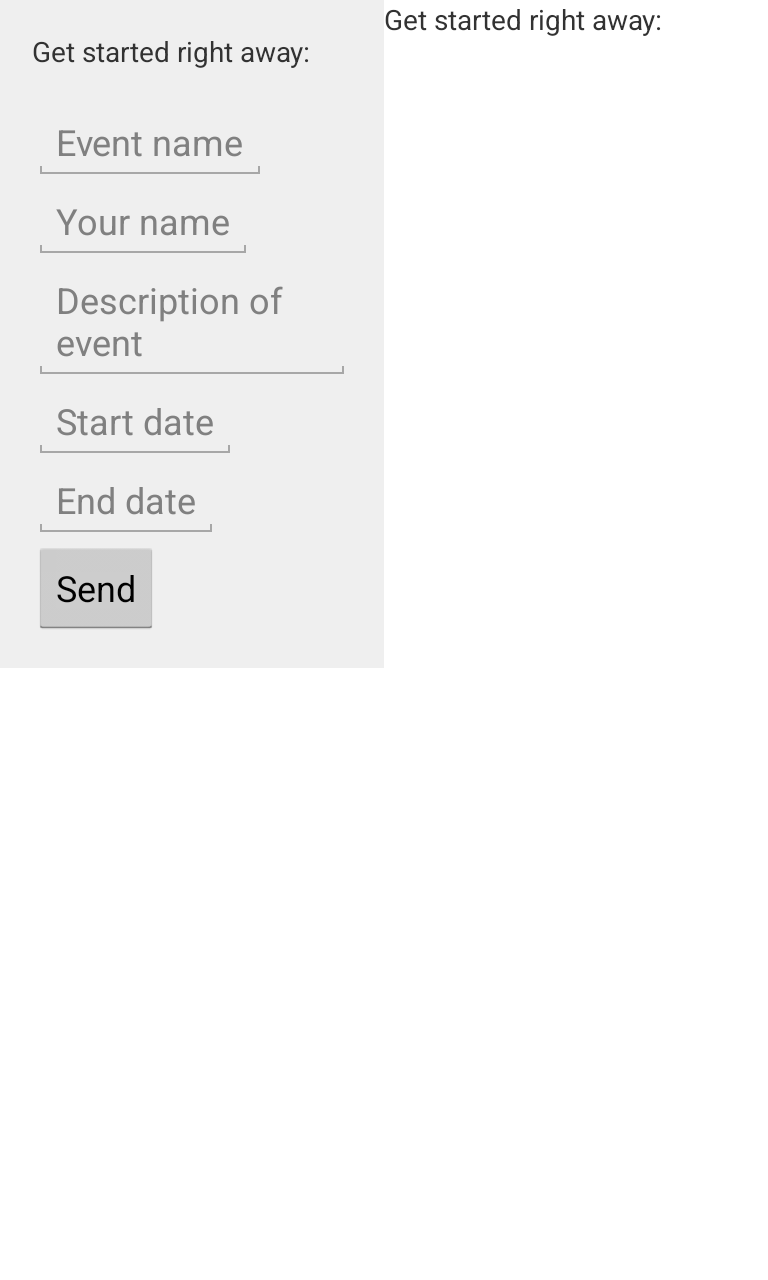
Repository: Raytray/WTFIIMC
Layout: Android/WTFIIMC/res/layout/activity_main.xml
These files come from the project's save history. The layout is drawn as it stood at one moment and after the next save; the edit follows.
It is drawn on a 768 x 1280 px phone screen (xhdpi) without system bars, with theme AppTheme; the app's code is not run.

Above is the layout before, as saved 2013-10-28 02:32:56.

### Android/WTFIIMC/res/layout/activity_main.xml
<TableLayout xmlns:android="http://schemas.android.com/apk/res/android"
			    xmlns:tools="http://schemas.android.com/tools"
    android:layout_width="fill_parent"
    android:layout_height="fill_parent"
    android:stretchColumns="1" >
    <TableRow>

        <FrameLayout
                android:layout_height="wrap_content"
                android:layout_width="0dp"
                android:layout_weight="1">
	    <ScrollView android:layout_width="fill_parent"
            	android:layout_height="fill_parent"
            	android:background="#efefef">
            <LinearLayout
			    android:layout_width="match_parent"
			    android:layout_height="match_parent"
			    android:paddingBottom="@dimen/activity_vertical_margin"
			    android:paddingLeft="@dimen/activity_horizontal_margin"
			    android:paddingRight="@dimen/activity_horizontal_margin"
			    android:paddingTop="@dimen/activity_vertical_margin"
			    android:orientation="vertical"
			    >

			    <TextView
			        android:layout_width="wrap_content"
			        android:layout_height="wrap_content"
			        android:text="@string/hello_world" />
				<EditText android:id="@+id/event_name"
			        android:layout_width="wrap_content"
			        android:layout_height="wrap_content"
			        android:hint="@string/prompt_event_name" />
				<EditText android:id="@+id/owner_name"
			        android:layout_width="wrap_content"
			        android:layout_height="wrap_content"
			        android:hint="@string/prompt_owner_name" />
				<EditText android:id="@+id/event_desc"
			        android:layout_width="wrap_content"
			        android:layout_height="wrap_content"
			        android:hint="@string/prompt_event_desc" />
				<EditText android:id="@+id/start_date"
			        android:layout_width="wrap_content"
			        android:layout_height="wrap_content"
			        android:hint="@string/prompt_start_date" />
				<EditText android:id="@+id/end_date"
			        android:layout_width="wrap_content"
			        android:layout_height="wrap_content"
			        android:hint="@string/prompt_end_date" />
				<Button
			        android:layout_width="wrap_content"
			        android:layout_height="wrap_content"
			        android:text="@string/button_send" />
			</LinearLayout>
		</ScrollView>
		</FrameLayout>

		<FrameLayout
                android:layout_height="wrap_content"
                android:layout_width="0dp"
                android:layout_weight="1">
	    	<TextView
			        android:layout_width="wrap_content"
			        android:layout_height="wrap_content"
			        android:text="@string/hello_world" />
	    </FrameLayout>

    </TableRow>

</TableLayout>

### Android/WTFIIMC/res/values/strings.xml
<?xml version="1.0" encoding="utf-8"?>
<resources>

    <string name="app_name">WTFIIMC</string>
    <string name="action_settings">Settings</string>
    <string name="hello_world">Get started right away:\n</string>

    <string name="prompt_event_name">Event name</string>
    <string name="prompt_owner_name">Your name</string>
    <string name="prompt_start_date">Start date</string>
    <string name="date_to"> to </string>
    <string name="prompt_event_desc">Description of event</string>
    <string name="prompt_end_date">End date</string>
    <string name="button_send">Send</string>
    <string name="title_activity_main">MainActivity</string>
</resources>

Loaded but not shown: Android/WTFIIMC/res/values/styles.xml (common file); Android/WTFIIMC/res/values-v11/styles.xml (common file); Android/WTFIIMC/res/values-v14/styles.xml (common file); Android/WTFIIMC/res/values/dimens.xml (common file)

After the next save:
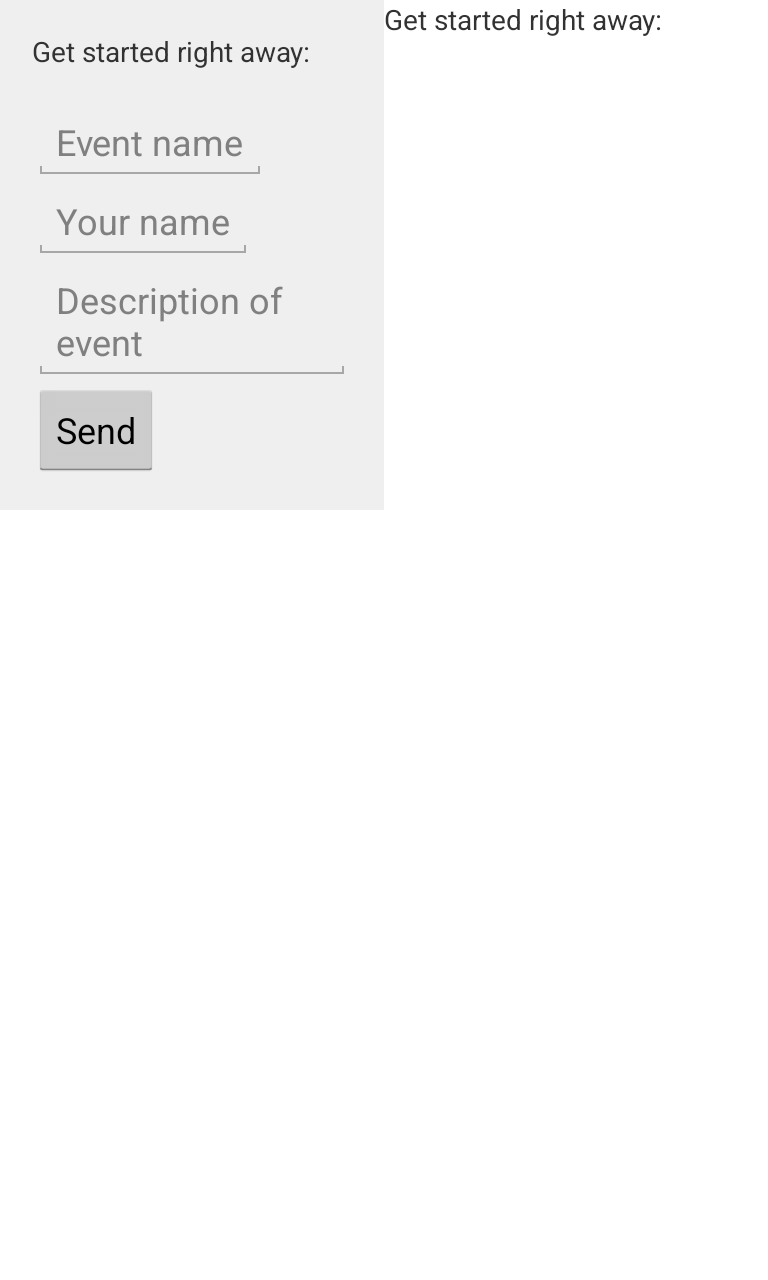
Saved 31 s later.
--- a/Android/WTFIIMC/res/layout/activity_main.xml
+++ b/Android/WTFIIMC/res/layout/activity_main.xml
@@ -20,7 +20,7 @@
 			    android:paddingRight="@dimen/activity_horizontal_margin"
 			    android:paddingTop="@dimen/activity_vertical_margin"
 			    android:orientation="vertical"
-			    >
+			    tools:context=".MainActivity" >
 
 			    <TextView
 			        android:layout_width="wrap_content"
@@ -38,6 +38,7 @@
 			        android:layout_width="wrap_content"
 			        android:layout_height="wrap_content"
 			        android:hint="@string/prompt_event_desc" />
+				<LinearLayout >
 				<EditText android:id="@+id/start_date"
 			        android:layout_width="wrap_content"
 			        android:layout_height="wrap_content"
@@ -46,6 +47,7 @@
 			        android:layout_width="wrap_content"
 			        android:layout_height="wrap_content"
 			        android:hint="@string/prompt_end_date" />
+				</LinearLayout>
 				<Button
 			        android:layout_width="wrap_content"
 			        android:layout_height="wrap_content"
